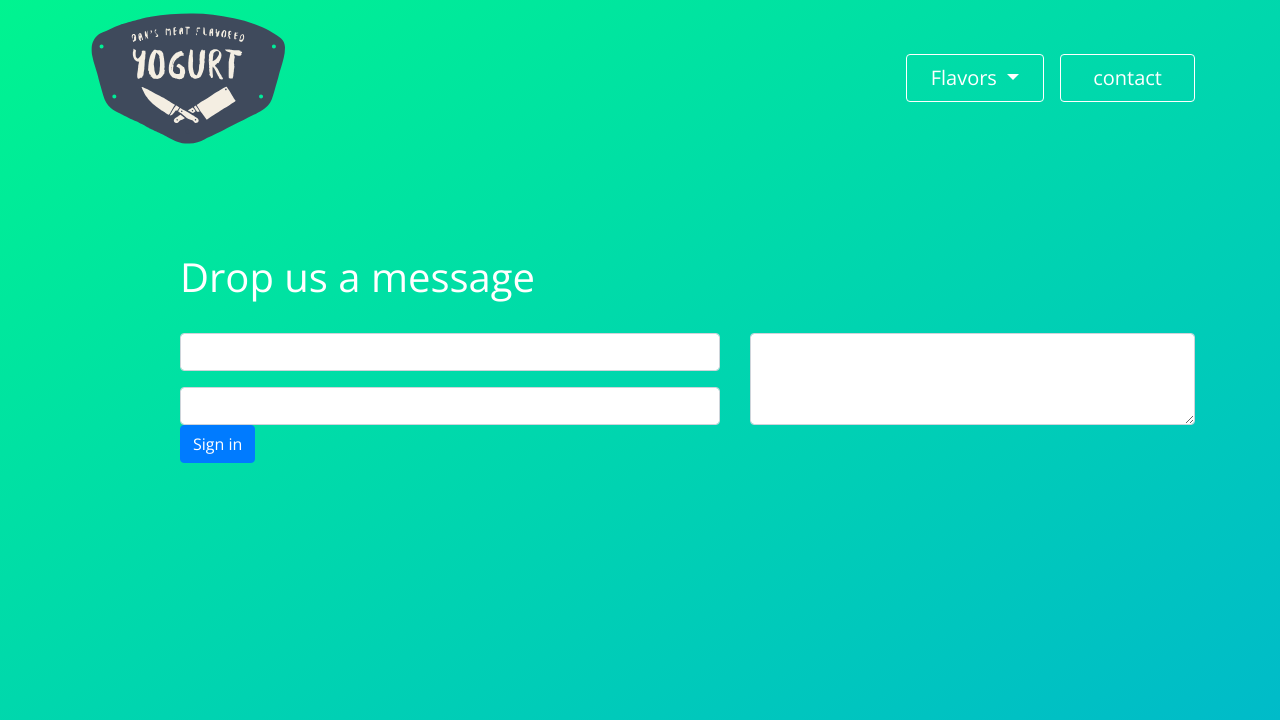
Repository: hoangnam180/Huyen
Page: Form.html
These files come from the project's save history. The page is drawn as it stood at one moment and after the next save; the edit follows.
The browser window is 1280 px wide. The pictures show the whole page.

Above is the page before, as saved 2021-12-03 19:06:58.
Not found: space.scss

After the next save:
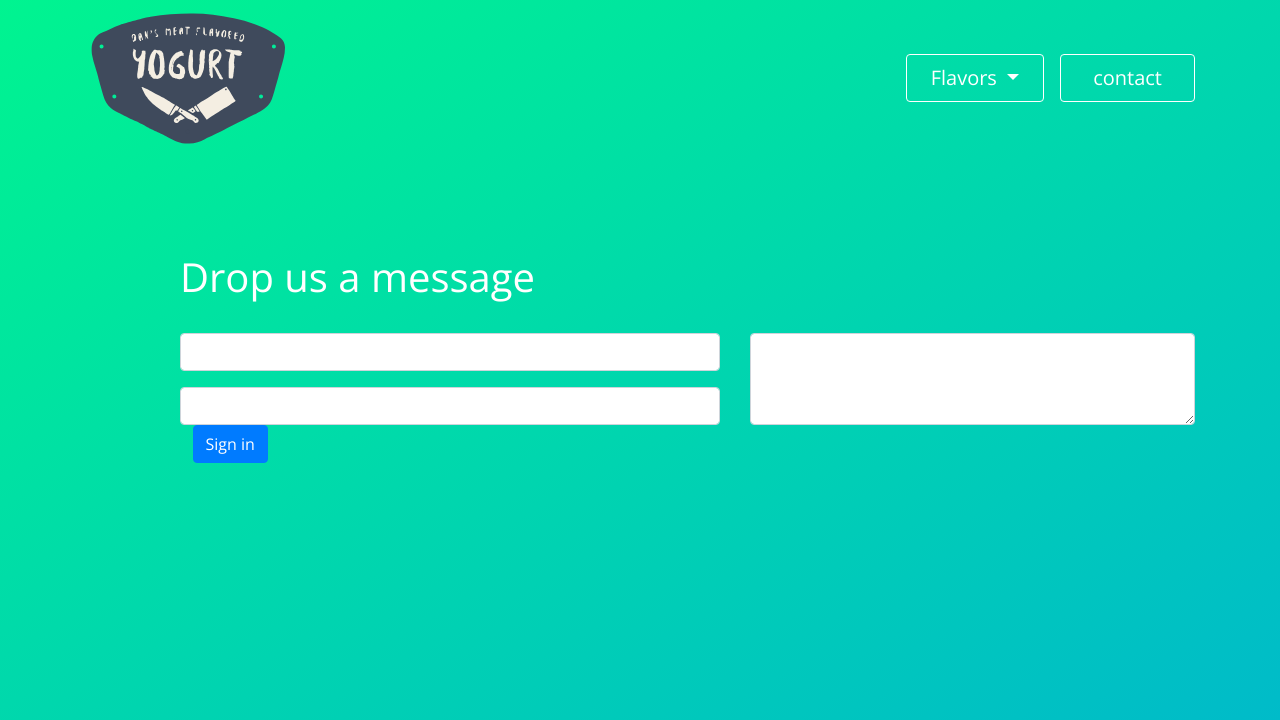
Saved 13 s later.
--- a/Form.html
+++ b/Form.html
@@ -71,8 +71,10 @@
                 <textarea style="height: 100%;" class="form-control" placeholder=""></textarea>
             </div>
         </div>
-        <div class="row">
-            <div class="col-6 offset-1"><button type="submit" class="btn btn-primary">Sign in</button></div>
+        <div class="rowmt-5">
+            <div class="col-6 offset-1">
+                <button type="submit" class="btn btn-primary">Sign in</button>
+            </div>
         </div>
     </div>
   </div>
